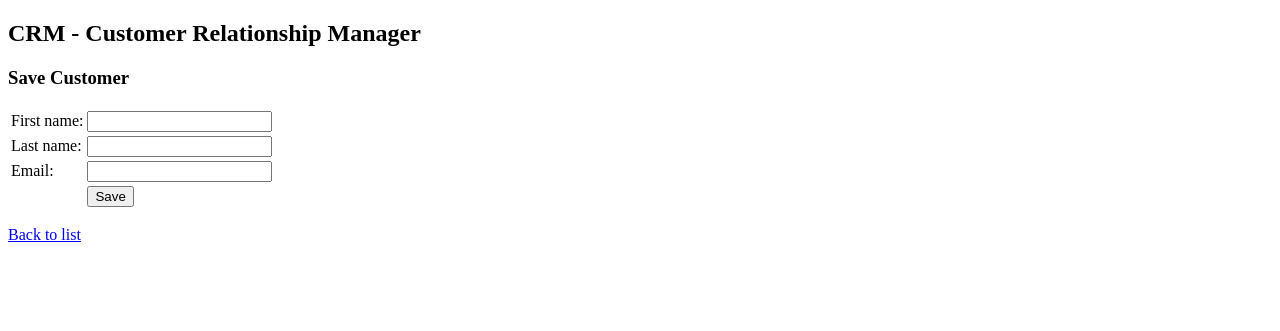
Repository: vncharles/SpringMVC-WWW
Page: http://localhost/20005791_Trong_Bai8/WEB-INF/views/customer-form.jsp
These files come from the project's save history. The page is drawn as it stood at one moment and after the next save; the edit follows.
The browser window is 1280 px wide. The pictures show the whole page.
The page is served by Tomcat 9. Nobody is signed in. Other server files are loaded and not shown. The template is opened directly, without the code that normally fills it, so the values that code supplies are empty.

Above is the page before, as saved 2023-11-06 10:49:40.

### 20005791_Trong_Bai8/src/main/webapp/WEB-INF/views/customer-form.jsp
<%@ page language="java" contentType="text/html; charset=UTF-8"
    pageEncoding="ISO-8859-1"%>
<%@ taglib uri="http://java.sun.com/jsp/jstl/core" prefix="c"%>
<%@ taglib uri="http://www.springframework.org/tags/form" prefix="form" %>
<!DOCTYPE html>
<html>
<head>
<meta charset="ISO-8859-1">
<title>Insert title here</title>
</head>
<body>

<div id=wrapper>
	<div id="header">
		<h2>CRM - Customer Relationship Manager</h2>
	</div>
</div>
<div id="container">
	<h3>Save Customer</h3>
	<form:form action="saveCustomer" modelAttribute="customer" method="POST">
		<form:hidden path="id"/>
		<table>
			<tbody>
				<tr>
					<td>
						<label>First name:</label>
					</td>
					<td>
						<form:input path="firstName" />
					</td>
				</tr>
				<tr>
					<td>
						<label>Last name:</label>
					</td>
					<td>
						<form:input path="lastName"/>
					</td>
				</tr>
				<tr>
					<td>
						<label>Email:</label>
					</td>
					<td>
						<form:input path="email"/>
					</td>
				</tr>
				<tr>
					<td>
						<label></label>
					</td>
					<td>
						<input type="submit" value="Save" class="save" />
					</td>
				</tr>
			</tbody>
		</table>
	</form:form>
	<div></div>
	<p>
		<a href="${pageContext.request.contextPath}/customer/">Back to list</a>
	</p>
</div>

</body>
</html>

After the next save:
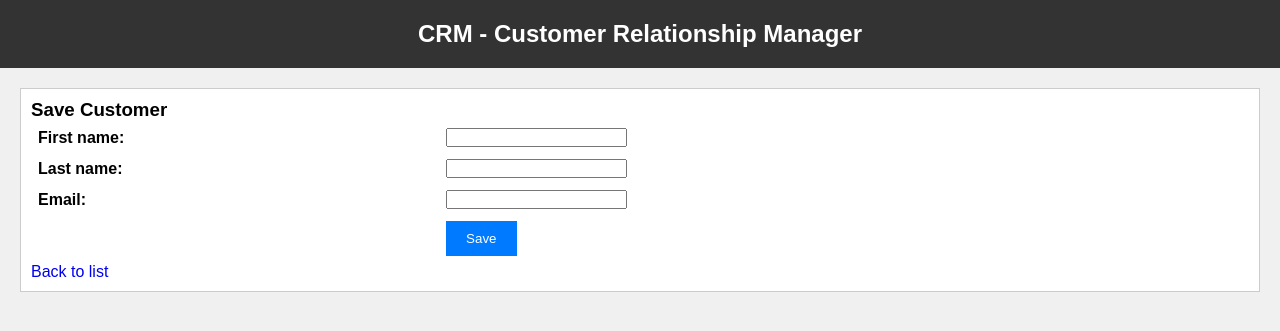
Saved 54 s later.
--- a/20005791_Trong_Bai8/src/main/webapp/WEB-INF/views/customer-form.jsp
+++ b/20005791_Trong_Bai8/src/main/webapp/WEB-INF/views/customer-form.jsp
@@ -8,6 +8,78 @@
 <meta charset="ISO-8859-1">
 <title>Insert title here</title>
 </head>
+<style>
+/* Reset some default styles */
+* {
+    margin: 0;
+    padding: 0;
+    box-sizing: border-box;
+}
+
+/* Apply a background color and basic font styling */
+body {
+    background-color: #f0f0f0;
+    font-family: Arial, sans-serif;
+}
+
+/* Style the wrapper and header */
+#wrapper {
+    background-color: #333;
+    color: #fff;
+    text-align: center;
+    padding: 20px;
+}
+
+#header h2 {
+    font-size: 24px;
+}
+
+/* Style the container */
+#container {
+    background-color: #fff;
+    border: 1px solid #ccc;
+    margin: 20px;
+    padding: 10px;
+}
+
+/* Style the "Save" button */
+.save {
+    background-color: #007bff;
+    color: #fff;
+    border: none;
+    padding: 10px 20px;
+    cursor: pointer;
+}
+
+.save:hover {
+    background-color: #0056b3;
+}
+
+/* Style the form labels and inputs */
+label {
+    font-weight: bold;
+}
+
+table {
+    width: 100%;
+}
+
+/* Apply some spacing and margins */
+td {
+    padding: 5px;
+}
+
+/* Style the "Back to list" link */
+a {
+    text-decoration: none;
+}
+
+/* Apply some hover effect to links */
+a:hover {
+    color: #007bff;
+}
+
+</style>
 <body>
 
 <div id=wrapper>
